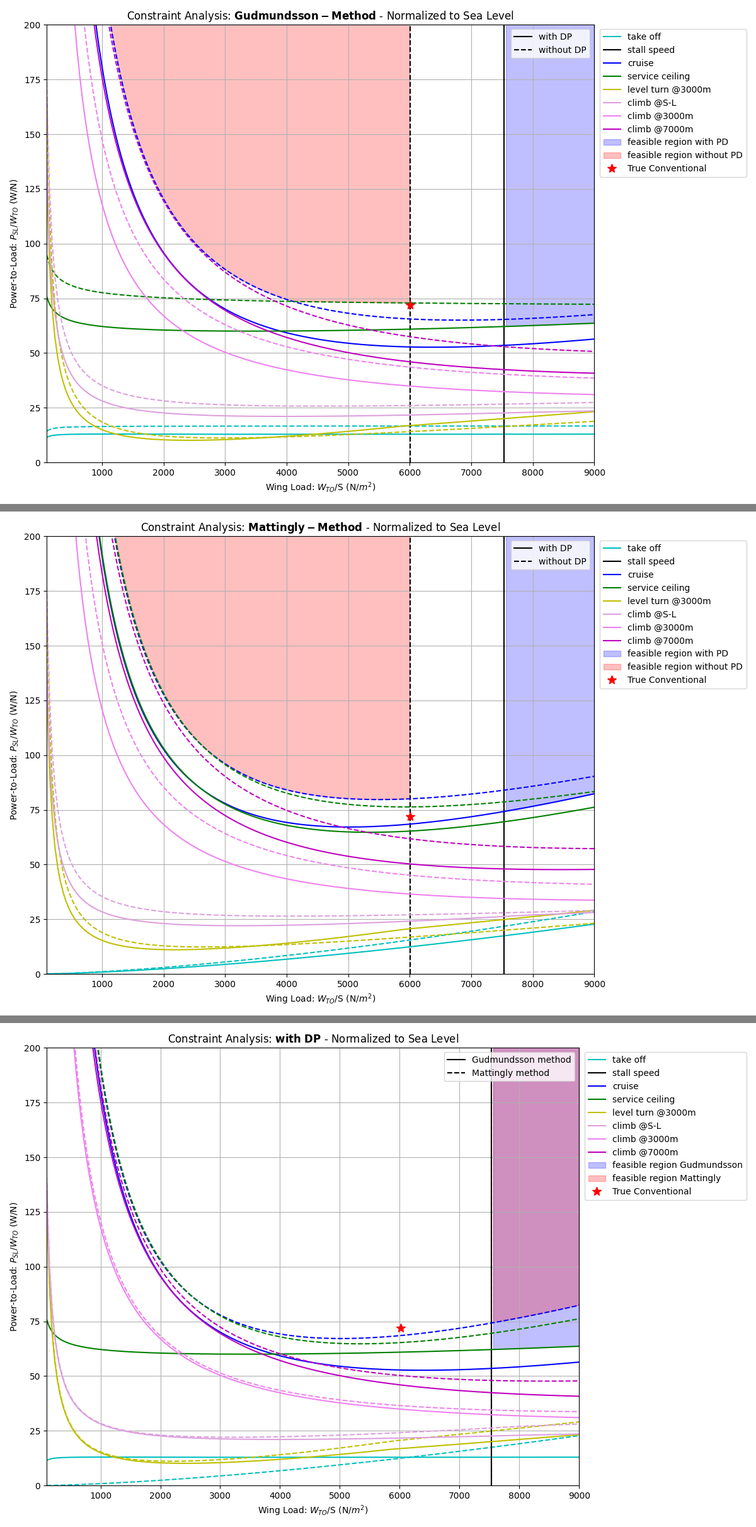
Repository: 12libao/DEA
Script's output: python Sizing_Method/ConstrainsAnalysis/ConstrainsAnalysisPD.py
The author's editor kept a copy of each file at every save. The script's output is drawn from the files as they stood at one save, then again after the next save.
The pictures are shown at 63% of full size.
Each picture stacks the figures in order, with grey between them; figures that are only written to a file come last. Random numbers start from a fixed seed.

Above is the script's output before, as saved 2021-07-14 15:48:03.

### Sizing_Method/Aerodynamics/Aerodynamics.py
# author: Bao Li #
# Georgia Institute of Technology #
"""Reference:

1: (2.3.1) Mattingly, Jack D., William H. Heiser, and David T. Pratt. Aircraft engine design. American Institute of Aeronautics and Astronautics, 2002.
2. Wedderspoon, J. R. "The high lift development of the A320 aircraft." International Congress of the Aeronautical Sciences, Paper. Vol. 2. No. 2. 1986.
"""

import numpy as np
import Sizing_Method.Aerodynamics.MachNmuber as Ma
import Sizing_Method.Other.US_Standard_Atmosphere_1976 as atm


class aerodynamics_without_pd:
    """this is the class to generate aerodynamics model without dp based on Mattingly Equ 2.9 and section 2.3.1

    1. SI Units
    2. All assumptions, data, tables, and figures are based on large cargo and passenger aircraft,
        where we use A320neo as the baseline.
    """

    def __init__(self, altitude, velocity, AR=10.3):
        """

        :input h (m): altitude
               v (m/s): velocity
               AR: wing aspect ratio, normally between 7 and 10

        :output K1: 2nd Order Coefficient for Cd
                K2: 1st Order Coefficient for Cd
                CD_0: drag coefficient at zero lift
        """

        self.v = velocity
        self.h = altitude

        h = 2.43  # height of winglets
        b = 35.8
        self.AR = AR * (1 + 1.9 * h / b)  # equation 9-88, If the wing has winglets the aspect ratio should be corrected

        # Mach number based on different altitude
        # The Mach number is between 0 to 0.82
        self.a = Ma.mach(self.h, self.v).mach_number()

        if self.a > 0.82:
            print("The Mach number is larger than 0.82, something going wrong!")

        self.CL_min = 0.1  # Assume constant: for most large cargo and passenger, 0.1 < Cl_min < 0.3
        self.CD_min = 0.02  # Assume constant: From Mattingly Figure 2.9

        e = 0.75  # wing planform efficiency factor is between 0.75 and 0.85, no more than 1
        self.K_apo1 = 1 / (np.pi * self.AR * e)  # self.K_apo1 = 1 / (np.pi * self.AR * e)  #

        # K_apo2 is between 0.001 to 0.03 for most large cargo and passenger aircraft
        # Increase with Mach number increase. Thus, assume they have linear relationship
        K_apo2_max = 0.028
        K_apo2_min = 0.001

        a_max = 0.82
        a_min = 0.001

        slop = (K_apo2_max - K_apo2_min) / (a_max - a_min)
        # is the viscous drag due to lift (skin friction and pressure drag)
        self.K_apo2 = K_apo2_max - ((a_max - self.a) * slop)
        # K_apo2 = 0.03*self.a**0.5
        # K_apo2 = 0.015*np.log(self.a)+0.03
        # K_apo2 = 0.0345*self.a**0.25-0.005

    def K1(self):
        """2nd Order Coefficient for Cd"""
        return self.K_apo1 + self.K_apo2

    def K2(self):
        """1st Order Coefficient for Cd"""
        return -2 * self.K_apo2 * self.CL_min

    def CD_0(self):
        """drag coefficient at zero lift"""
        return self.CD_min + self.K_apo2 * self.CL_min ** 2


class aerodynamics_with_pd:
    """Estimation of ΔCL and ΔCD"""

    def __init__(self, altitude, velocity, Hp, n, W_S, P_W=90, sweep_angle=25.0,
                 S=124.0, b=35.8, delta_b=0.5, delta_Dp=0.1, xp=0.5, beta=0.5, AOA_p=0.0, Cf=0.009):
        """

        delta_b = 0.64  # delta_b small then, pd length small
        beta = 0.6 or 0.8

        :param Hp: P_motor/P_total
        :param n: number of motor
        :param P_W:
        :param W_S:
        :param S: wing area
        :param b: wingspan
        :param delta_b:
        :param delta_Dp:
        :param xp:
        :param beta: slipstream correction factor:0-1
        :param CL: lift coefficient
        :param AOA_p: propeller angle of attack
        :param Cf: skin friction coefficient

        :output: 1. ΔCD_0: zero lift drag coefficient changes because of the population distribution
                 2. ΔCL: lift coefficient changes because of the population distribution
        """

        self.h = altitude
        self.v = velocity
        self.n = n
        self.s = S
        self.delta_y1 = delta_b
        self.delta_y2 = delta_Dp
        self.beta = beta
        self.sp = sweep_angle * np.pi / 180
        self.aoa_p = AOA_p
        self.cf = Cf

        self.ar = b ** 2 / self.s  # aspect ratio

        # the diameter of the propulsion, reference 1: Equation 21
        dp = self.delta_y1 * b / (self.n * (1 + self.delta_y2))

        # defining a parameter that indicates how much propulsion-disk
        # area is needed per unit of aircraft weight
        # reference 1: Equation 22
        dp2w = self.delta_y1 ** 2 / (self.n * (1 + self.delta_y2)) ** 2 * self.ar / W_S

        self.rho = atm.atmosphere(geometric_altitude=self.h).density()
        self.t_w = P_W / self.v

        # thrust coefficient Tc of the DP propulsion
        # reference 1: Equation 24
        tc = 1 / self.n * Hp * self.t_w / (self.rho * self.v ** 2 * dp2w)

        # Actuator disk theory shows that there is a maximum theoretical propulsive efficiency
        # for a given thrust coefficient
        ndp_isolated = 0.76
        tc_max = np.pi / 8 * ((2 / ndp_isolated - 1) ** 2 - 1)

        if tc >= tc_max:
            tc = tc_max

        # axial induction factor at the propeller disk (ap) as a
        # function of the propeller thrust coefficient, from the actuator disk theory:
        # reference 1: Equation 25
        ap = 0.5 * ((1 + 8 / np.pi * tc) ** 0.5 - 1)

        # the contraction ratio of the slipstream at the wing
        # leading edge (Rw/RP) can be expressed as
        # reference 1: Equation 26
        rw_rp = ((1 + ap) / (
                1 + ap * (1 + 2 * xp / dp) / ((2 * xp / dp) ** 2 + 1) ** 0.5)) ** 0.5

        # from conservation of mass in incompressible flow: axial induction factor
        self.aw = (ap + 1) / rw_rp ** 2 - 1
        self.m = Ma.mach(self.h, self.v).mach_number()  # Mach number

    def delta_lift_coefficient(self, CL):
        """estimate the lift coefficient changes because of pd"""

        aoa_w = (CL / (2 * np.pi * self.ar)) * (2 + (
                self.ar ** 2 * (1 - self.m ** 2) * (1 + (np.tan(self.sp)) ** 2 / (1 - self.m ** 2)) + 4) ** 0.5)

        delta_cl = 2 * np.pi * ((np.sin(aoa_w) - self.aw * self.beta * np.sin(self.aoa_p - aoa_w))
                                * ((self.aw * self.beta) ** 2 + 2 * self.aw * self.beta * np.cos(self.aoa_p) + 1) ** 0.5
                                - np.sin(aoa_w))
        delta_cl = delta_cl * self.delta_y1
        return delta_cl

    def delta_CD_0(self):
        """estimate the zero lift drag coefficient changes because of the population distribution"""

        delta_cd0 = self.delta_y1 * self.aw ** 2 * self.cf
        return delta_cd0

Loaded but not shown: Sizing_Method/ConstrainsAnalysis/ConstrainsAnalysis.py (274 lines, source omitted); Sizing_Method/Other/US_Standard_Atmosphere_1976.py (166 lines, source omitted); Sizing_Method/Aerodynamics/ThrustLapse.py (91 lines, source omitted); Sizing_Method/Aerodynamics/MachNmuber.py (30 lines, source omitted); Sizing_Method/ConstrainsAnalysis/ConstrainsAnalysisPD.py (336 lines, source omitted)

After the next save:
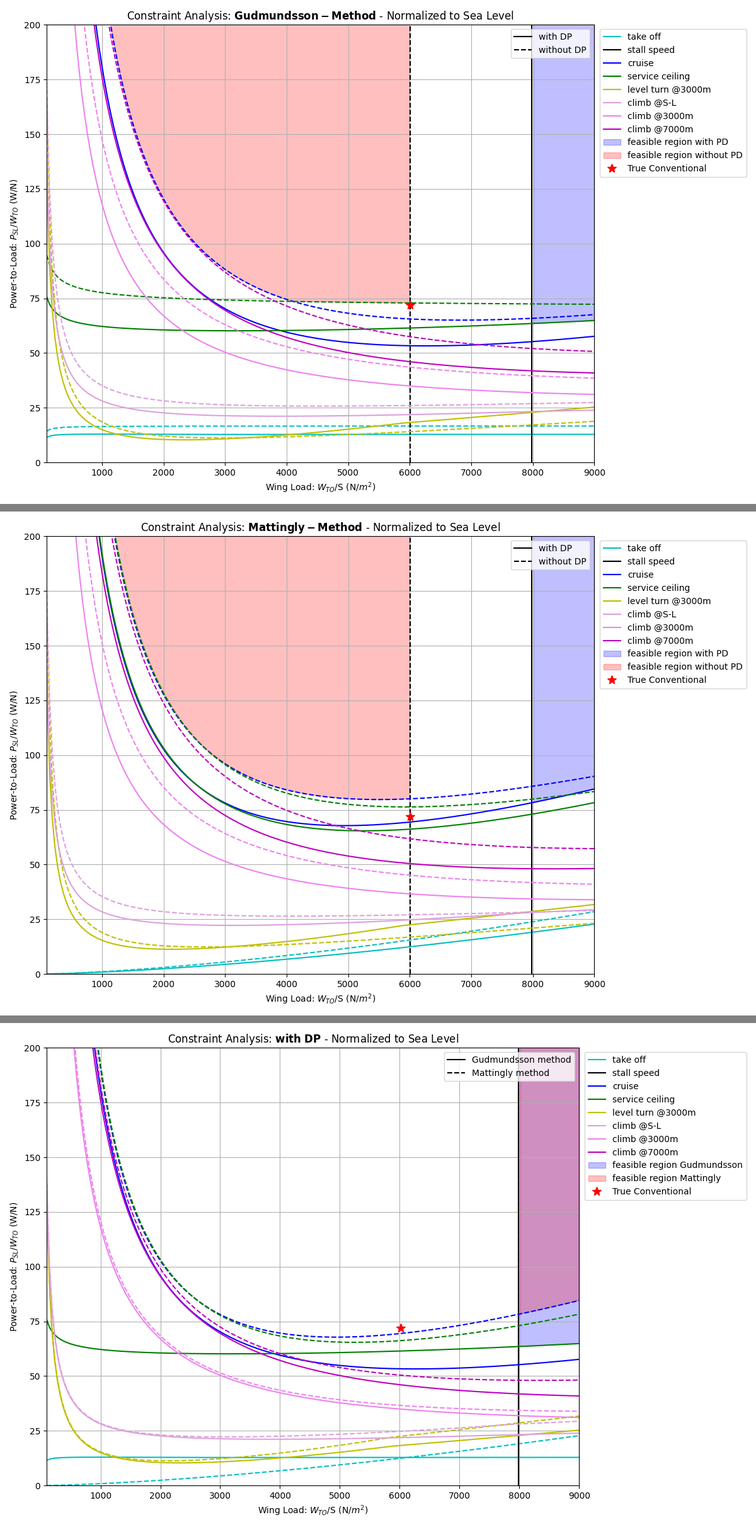
Saved 22 s later.
--- a/Sizing_Method/Aerodynamics/Aerodynamics.py
+++ b/Sizing_Method/Aerodynamics/Aerodynamics.py
@@ -83,7 +83,7 @@
     """Estimation of ΔCL and ΔCD"""
 
     def __init__(self, altitude, velocity, Hp, n, W_S, P_W=90, sweep_angle=25.0,
-                 S=124.0, b=35.8, delta_b=0.5, delta_Dp=0.1, xp=0.5, beta=0.5, AOA_p=0.0, Cf=0.009):
+                 S=124.0, b=35.8, delta_b=0.5, delta_Dp=0.1, xp=0.5, beta=0.6, AOA_p=0.0, Cf=0.009):
         """
 
         delta_b = 0.64  # delta_b small then, pd length small

After the save that followed:
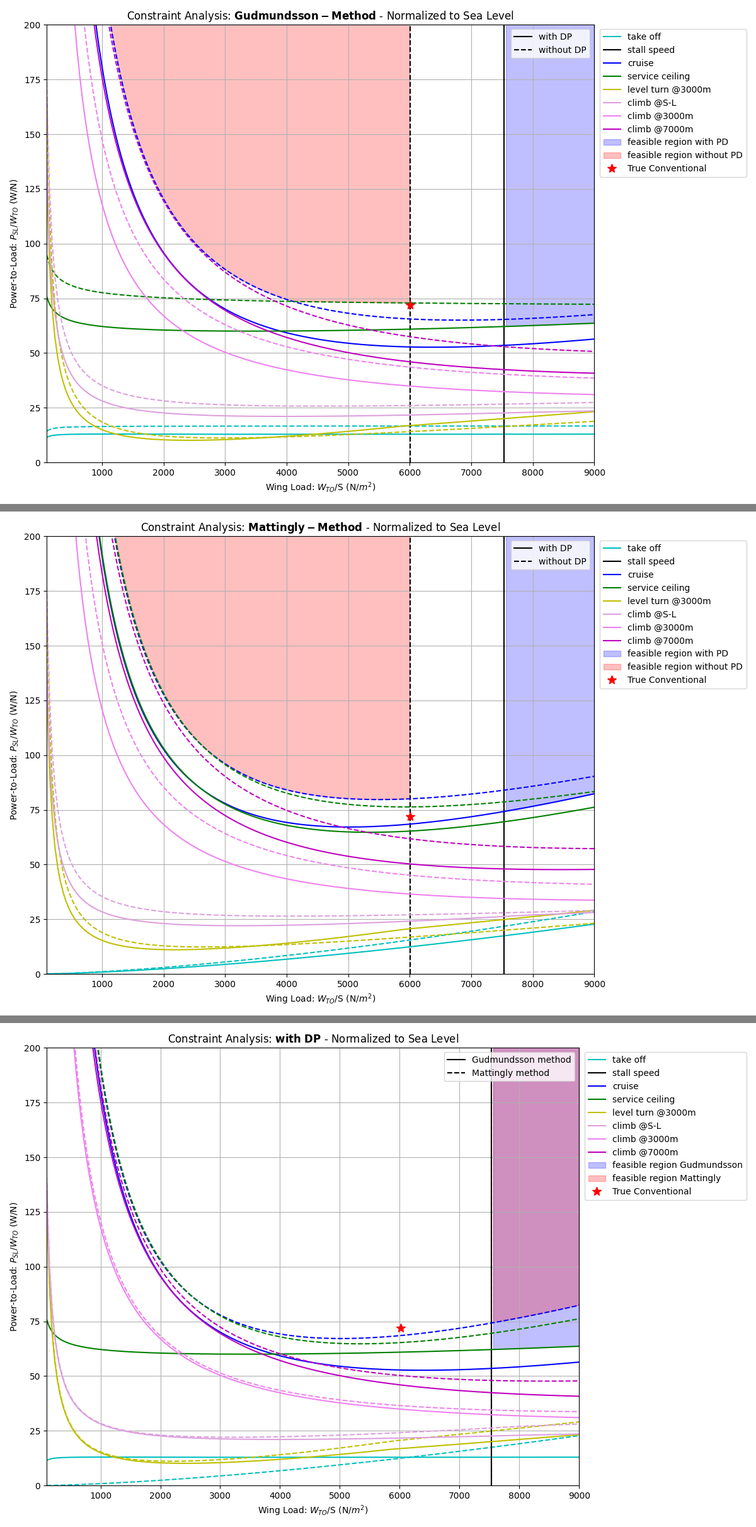
Saved 44 s later.
--- a/Sizing_Method/Aerodynamics/Aerodynamics.py
+++ b/Sizing_Method/Aerodynamics/Aerodynamics.py
@@ -83,7 +83,7 @@
     """Estimation of ΔCL and ΔCD"""
 
     def __init__(self, altitude, velocity, Hp, n, W_S, P_W=90, sweep_angle=25.0,
-                 S=124.0, b=35.8, delta_b=0.5, delta_Dp=0.1, xp=0.5, beta=0.6, AOA_p=0.0, Cf=0.009):
+                 S=124.0, b=35.8, delta_b=0.5, delta_Dp=0.1, xp=0.5, beta=0.5, AOA_p=0.0, Cf=0.009):
         """
 
         delta_b = 0.64  # delta_b small then, pd length small
